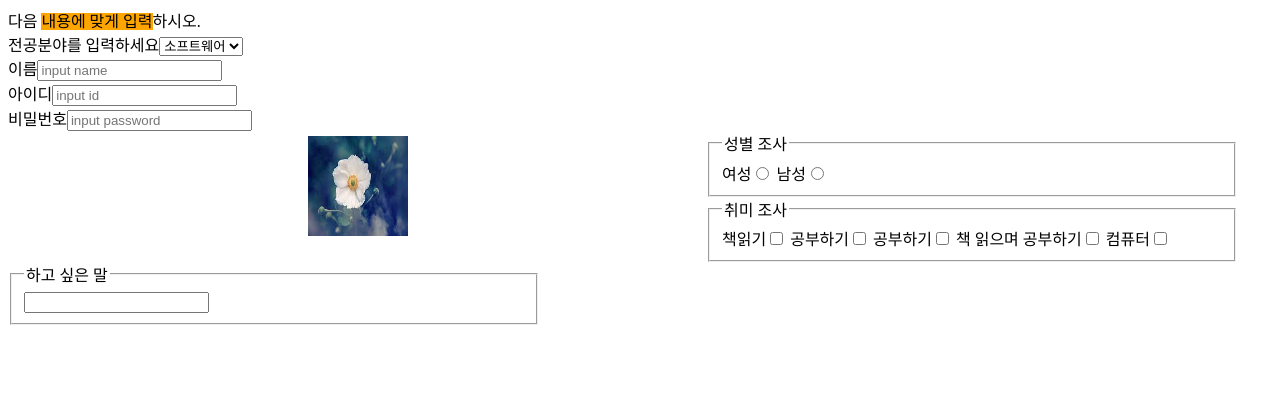
Repository: jwlee0714/HTML
Page: html/quiz-설문조사.html
The author's editor kept a copy of each file at every save. The page is drawn from the files as they stood at one save, then again after the next save.
The browser window is 1280 px wide. The pictures show the whole page.

Above is the page before, as saved 2021-10-05 08:44:10.

### html/quiz-설문조사.html
<!DOCTYPE html>
<html>
<head>
<meta charset="UTF-8">
<title>Insert title here</title>
</head>
<body>

	<table align="left" bgcolor="white" width="700" >

	<tr>


	<div>
		<span >다음</span>
		<span style="background-color:orange;">내용에 맞게 입력</span>하시오.
	</div>

	<form method="get">
		전공분야를 입력하세요<select name ="select">
			<option value="p1">소프트웨어
			<option value="p2">하드웨어
			<option value="p3">정보공학<br>
		</select>
		<br>이름<input type="text" name ="name" placeholder="input name"><br>
		아이디<input type="text" name ="id" placeholder="input id"><br>
		비밀번호<input type="password" name="pwd" placeholder="input password"><br>
	</form>

</tr>

<tr>
		<th align="center">
			<img src="img/다운로드.jfif" width="100"height="100">

			</th>
	</tr>
	</table>


<fieldset style="width:500px;">
		<legend>성별 조사 </legend>
		여성<input type="radio">
		남성<input type="radio">
</fieldset>
<fieldset style="width:500px;">
		<legend>취미 조사 </legend>
		책읽기<input type="checkbox">
		공부하기<input type="checkbox">
		공부하기<input type="checkbox">
		책 읽으며 공부하기<input type="checkbox">
		컴퓨터<input type="checkbox">
</fieldset>
<fieldset style="width:500px;">
		<legend>하고 싶은 말 </legend>
		<input type="text">
</fieldset>



</body>
</html>

After the next save:
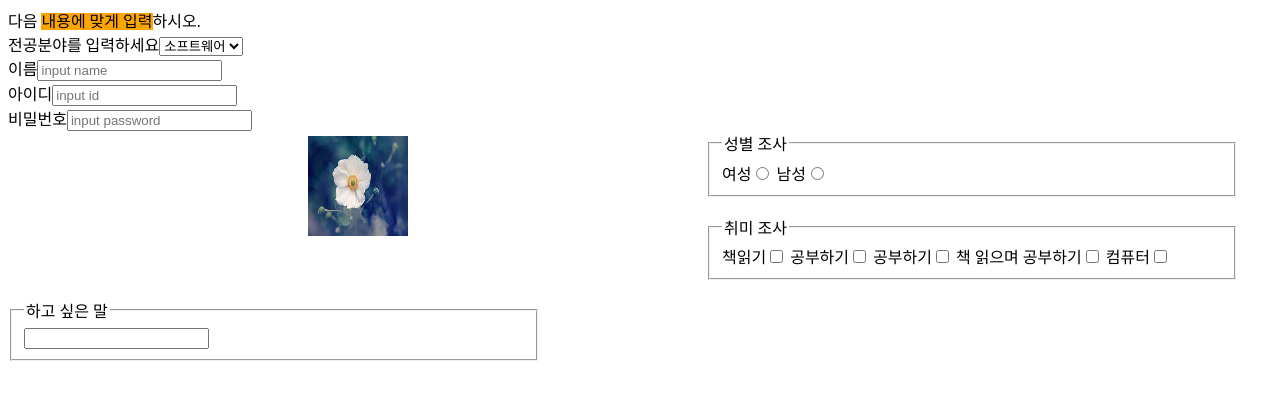
Saved 36 s later.
--- a/html/quiz-설문조사.html
+++ b/html/quiz-설문조사.html
@@ -42,7 +42,7 @@
 		<legend>성별 조사 </legend>
 		여성<input type="radio">
 		남성<input type="radio">
-</fieldset>
+</fieldset><br>
 <fieldset style="width:500px;">
 		<legend>취미 조사 </legend>
 		책읽기<input type="checkbox">
@@ -50,7 +50,7 @@
 		공부하기<input type="checkbox">
 		책 읽으며 공부하기<input type="checkbox">
 		컴퓨터<input type="checkbox">
-</fieldset>
+</fieldset><br>
 <fieldset style="width:500px;">
 		<legend>하고 싶은 말 </legend>
 		<input type="text">
